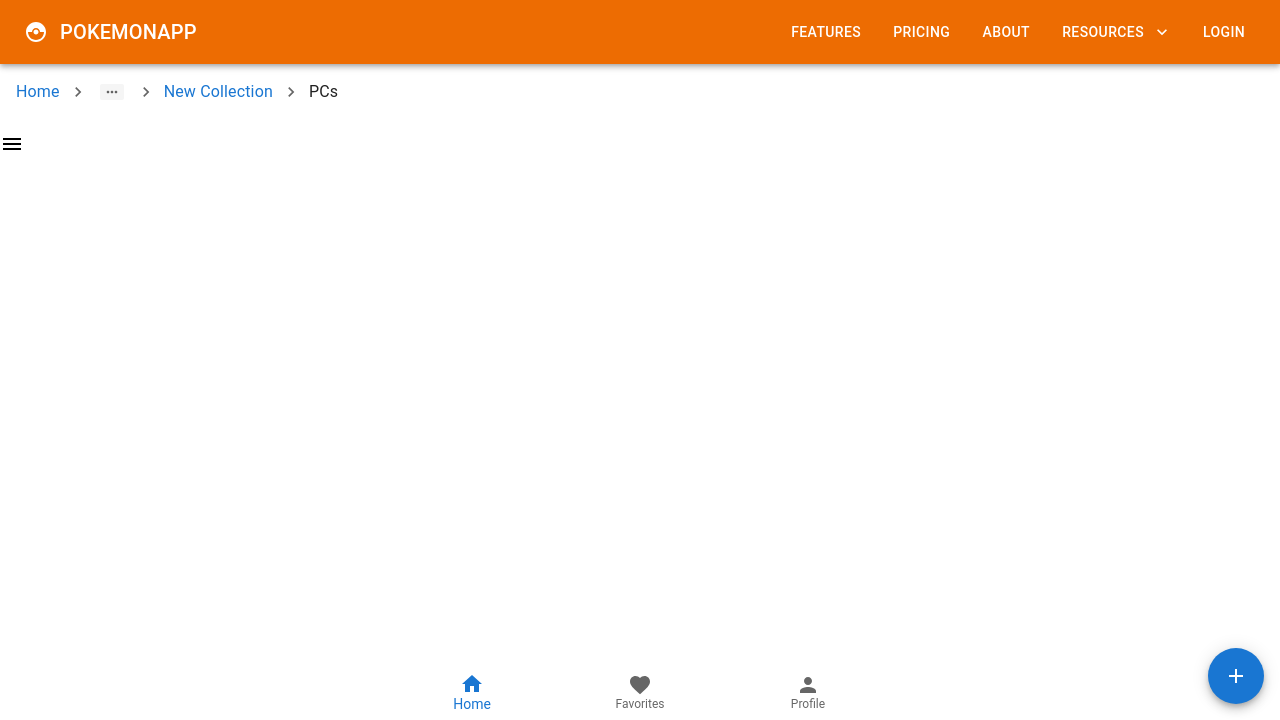
Repository: janidulnkg1/react-mui
Page: / (app in mui-demo/)
The author's editor kept a copy of each file at every save. The page is drawn from the files as they stood at one save, then again after a run of saves.
The browser window is 1280 px wide. The pictures show the whole page.
The project was rebuilt for these pictures with package versions that can differ from the ones it lists, and the page was loaded fresh each time.

Above is the page before, as saved 2023-11-13 11:29:02.

### mui-demo/public/index.html
<!DOCTYPE html>
<html lang="en">
  <head>
    <meta charset="utf-8" />
    <link rel="icon" href="%PUBLIC_URL%/favicon.ico" />
    <meta name="viewport" content="width=device-width, initial-scale=1" />
    <meta name="theme-color" content="#000000" />
    <meta
      name="description"
      content="Web site created using create-react-app"
    />
    <link rel="apple-touch-icon" href="%PUBLIC_URL%/logo192.png" />
    <!--
      manifest.json provides metadata used when your web app is installed on a
      user's mobile device or desktop. See https://developers.google.com/web/fundamentals/web-app-manifest/
    -->
    <link rel="manifest" href="%PUBLIC_URL%/manifest.json" />
    <!--
      Notice the use of %PUBLIC_URL% in the tags above.
      It will be replaced with the URL of the `public` folder during the build.
      Only files inside the `public` folder can be referenced from the HTML.

      Unlike "/favicon.ico" or "favicon.ico", "%PUBLIC_URL%/favicon.ico" will
      work correctly both with client-side routing and a non-root public URL.
      Learn how to configure a non-root public URL by running `npm run build`.
    -->
    <title>react-mui-ts-demo</title>
  </head>
  <body>
    <noscript>You need to enable JavaScript to run this app.</noscript>
    <div id="root"></div>
    <!--
      This HTML file is a template.
      If you open it directly in the browser, you will see an empty page.

      You can add webfonts, meta tags, or analytics to this file.
      The build step will place the bundled scripts into the <body> tag.

      To begin the development, run `npm start` or `yarn start`.
      To create a production bundle, use `npm run build` or `yarn build`.
    -->
  </body>
</html>

### mui-demo/src/App.tsx
import './App.css';
//import { MuiTypography } from './components/MuiTypography';
//import { MuiButton } from './components/MuiButton';
//import {MuiTextField } from './components/MuiTextField'
//import {MuiSelect } from './components/MuiSelect'
//import { MuiRadioButton } from './components/MuiRadioButton';
//import { MuiCheckbox } from './components/MuiCheckbox';
//import { MuiSwitch } from './components/MuiSwitch';
//import { MuiRating } from './components/MuiRating';
//import { MuiAutocomplete } from './components/MuiAutocomplete';
//import { MuiLayout } from './components/MuiLayout';
//import { MuiCard } from './components/MuiCard';
//import { MuiAccordion } from './components/MuiAccordion';
import { MuiImageList } from './components/MuiImageList';
import { MuiNavbar } from './components/MuiNavbar';
//import { MuiLink} from './components/MuiLink';
import { MuiBreadcrumbs } from './components/MuiBreadcrumbs';
import { MuiDrawer } from './components/MuiDrawer';
import { MuiSpeedDial } from './components/MuiSpeedDial';
import { MuiBottomNavigation } from './components/MuiBottomNavigation';




function App() {
  return (
    <div className="App">

      {/*MuiTypography */}
      {/*MuiButton */}
      {/*MuiTextField */}
      {/*MuiSelect */}
      {/*MuiRadioButton */}
      {/*MuiCheckbox*/}
      {/*MuiSwitch */}
      {/*MuiRating */}
      {/*MuiAutocomplete */}
      {/*MuiLayout */}
      {/*MuiCard */}
      {/*MuiAccordion */}
      {/*MuiImageList */}
      <MuiNavbar />
      {/*MuiLink */}
      <MuiBreadcrumbs />
      <MuiDrawer />
      <MuiSpeedDial />
      <MuiBottomNavigation />
    </div>
  );
}

export default App;

### mui-demo/src/App.css
body{
  /* background-color: #eeeeee; */
}

.App {
  /* padding: 4rem; */
}

.App-logo {
  height: 40vmin;
  pointer-events: none;
}

@media (prefers-reduced-motion: no-preference) {
  .App-logo {
    animation: App-logo-spin infinite 20s linear;
  }
}

.App-header {
  background-color: #282c34;
  min-height: 100vh;
  display: flex;
  flex-direction: column;
  align-items: center;
  justify-content: center;
  font-size: calc(10px + 2vmin);
  color: white;
}

.App-link {
  color: #61dafb;
}

@keyframes App-logo-spin {
  from {
    transform: rotate(0deg);
  }
  to {
    transform: rotate(360deg);
  }
}

### mui-demo/src/components/MuiNavbar.tsx
import {
    AppBar,
    Toolbar,
    IconButton,
    Typography,
    Button,
    Stack,
    Menu,
    MenuItem
  } from '@mui/material'
  import CatchingPokemonIcon from '@mui/icons-material/CatchingPokemon'
  import KeyboardArrowDownIcon from '@mui/icons-material/KeyboardArrowDown'
  import { useState } from 'react'

  export const MuiNavbar = () => {
    const [anchorEl, setAnchorEl] = useState<null | HTMLElement>(null)
    const open = Boolean(anchorEl)
    const handleClick = (event: React.MouseEvent<HTMLButtonElement>) => {
      setAnchorEl(event.currentTarget)
    }
    const handleClose = () => {
      setAnchorEl(null)
    }
    return (
      <AppBar position='static' color='warning' >
        <Toolbar>
          <IconButton size='large' edge='start' color='inherit' aria-label='logo'>
            <CatchingPokemonIcon />
          </IconButton>
          <Typography variant='h6' component='div' sx={{ flexGrow: 1 }}>
            POKEMONAPP
          </Typography>
          <Stack direction='row' spacing={2}>
            <Button color='inherit'>Features</Button>
            <Button color='inherit'>Pricing</Button>
            <Button color='inherit'>About</Button>
            <Button
              color='inherit'
              id='resources-button'
              aria-controls={open ? 'resources-menu' : undefined}
              aria-haspopup='true'
              aria-expanded={open ? 'true' : undefined}
              endIcon={<KeyboardArrowDownIcon />}
              onClick={handleClick}>
              Resources
            </Button>
            <Button color='inherit'>Login</Button>
          </Stack>
          <Menu
            id='resources-menu'
            anchorEl={anchorEl}
            open={open}
            onClose={handleClose}
            anchorOrigin={{
              vertical: 'bottom',
              horizontal: 'right'
            }}
            transformOrigin={{
              vertical: 'top',
              horizontal: 'right'
            }}
            MenuListProps={{
              'aria-labelledby': 'resources-button'
            }}>
            <MenuItem onClick={handleClose}>Blog</MenuItem>
            <MenuItem onClick={handleClose}>Podcast</MenuItem>
          </Menu>
        </Toolbar>
      </AppBar>
    )
  }

### mui-demo/src/components/MuiBreadcrumbs.tsx
import { Box, Breadcrumbs, Link, Typography } from '@mui/material'
import NavigateNextIcon from '@mui/icons-material/NavigateNext'

export const MuiBreadcrumbs = () => {
  return (
    <Box m={2}>
      <Breadcrumbs
        separator={<NavigateNextIcon fontSize='small' />}
        maxItems={3}
        itemsAfterCollapse={2}
        aria-label='breadcrumb'>
        <Link underline='hover' href='#'>
          Home
        </Link>
        <Link underline='hover' href='#'>
          Catalog
        </Link>
        <Link underline='hover' href='#'>
          Accessories
        </Link>
        <Link underline='hover' href='#'>
          New Collection
        </Link>
        <Typography color='text.primary'>PCs</Typography>
      </Breadcrumbs>
    </Box>
  )
}

### mui-demo/src/components/MuiDrawer.tsx
import { Drawer, Box, Typography, IconButton } from '@mui/material'
import { useState } from 'react'
import MenuIcon from '@mui/icons-material/Menu'

export const MuiDrawer = () => {
  const [isDrawerOpen, setIsDrawerOpen] = useState(false)

  return (
    <>
      <IconButton
        onClick={() => setIsDrawerOpen(true)}
        size='large'
        edge='start'
        color='inherit'
        aria-label='logo'>
        <MenuIcon />
      </IconButton>
      <Drawer
        anchor='left'
        open={isDrawerOpen}
        onClose={() => setIsDrawerOpen(false)}>
        <Box p={2} width='250px' role='presentation' textAlign='center'>
          <Typography variant='h6' component='div'>
            Side Panel
          </Typography>
        </Box>
      </Drawer>
    </>
  )
}

### mui-demo/src/components/MuiSpeedDial.tsx
import { SpeedDial, SpeedDialAction, SpeedDialIcon } from '@mui/material'
import CopyIcon from '@mui/icons-material/FileCopyOutlined'
import PrintIcon from '@mui/icons-material/Print'
import ShareIcon from '@mui/icons-material/Share'
import EditIcon from '@mui/icons-material/Edit'

export const MuiSpeedDial = () => {
  return (
    <SpeedDial
      ariaLabel='Navigation speed dial'
      sx={{ position: 'absolute', bottom: 16, right: 16 }}
      icon={<SpeedDialIcon openIcon={<EditIcon />} />}>
      <SpeedDialAction icon={<CopyIcon />} tooltipTitle='Copy' tooltipOpen />
      <SpeedDialAction icon={<PrintIcon />} tooltipTitle='Print' tooltipOpen />
      <SpeedDialAction icon={<ShareIcon />} tooltipTitle='Share' tooltipOpen />
    </SpeedDial>
  )
}

### mui-demo/src/components/MuiBottomNavigation.tsx
import { BottomNavigation, BottomNavigationAction } from '@mui/material'
import HomeIcon from '@mui/icons-material/Home'
import FavoriteIcon from '@mui/icons-material/Favorite'
import PersonIcon from '@mui/icons-material/Person'
import { useState } from 'react'

export const MuiBottomNavigation = () => {
  const [value, setValue] = useState(0)
  return (
    <BottomNavigation
      sx={{ width: '100%', position: 'absolute', bottom: 0 }}
      showLabels
      value={value}
      onChange={(event, newValue) => {
        setValue(newValue)
      }}>
      <BottomNavigationAction label='Home' icon={<HomeIcon />} />
      <BottomNavigationAction label='Favorites' icon={<FavoriteIcon />} />
      <BottomNavigationAction label='Profile' icon={<PersonIcon />} />
    </BottomNavigation>
  )
}

Loaded but not shown: mui-demo/src/index.tsx (common file); mui-demo/src/index.css (common file); mui-demo/src/reportWebVitals.ts (common file)

After the next 5 saves:
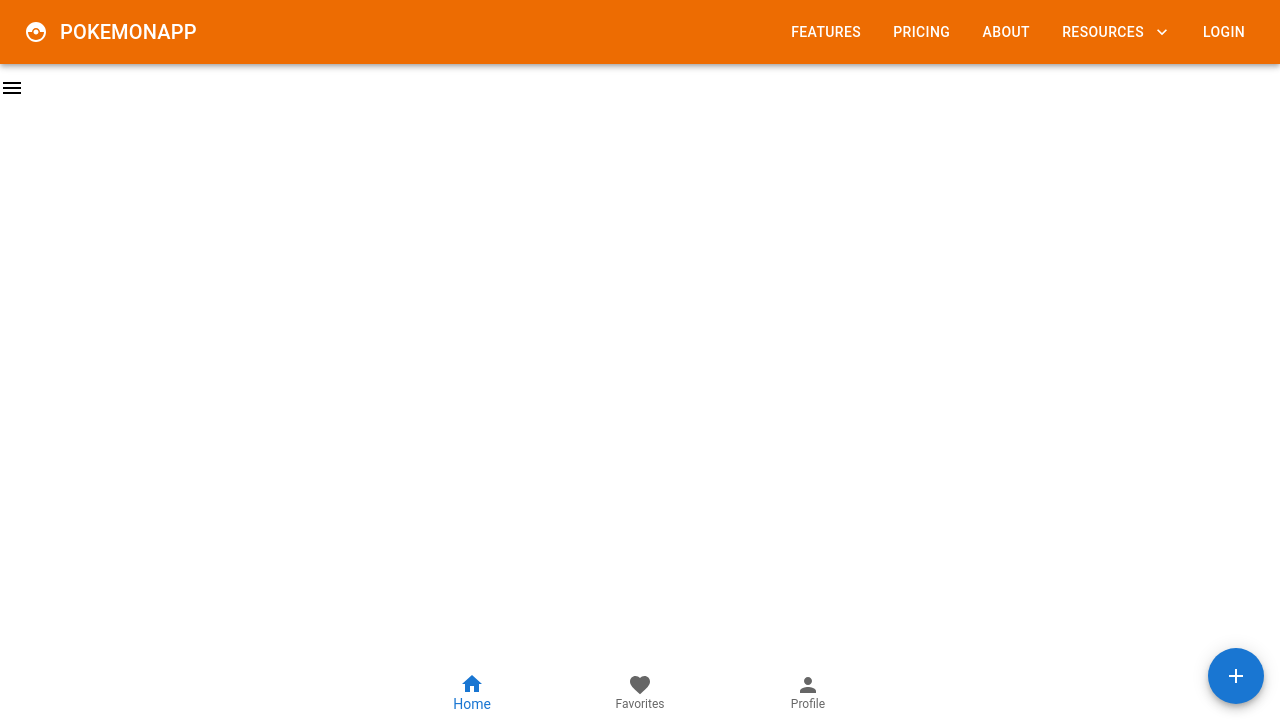
The 5 saves are shown as one change because 1 did not build or start and some came seconds apart.
The last was saved 17 s later.
--- a/mui-demo/src/App.tsx
+++ b/mui-demo/src/App.tsx
@@ -14,7 +14,7 @@ import './App.css';
 import { MuiImageList } from './components/MuiImageList';
 import { MuiNavbar } from './components/MuiNavbar';
 //import { MuiLink} from './components/MuiLink';
-import { MuiBreadcrumbs } from './components/MuiBreadcrumbs';
+//import { MuiBreadcrumbs } from './components/MuiBreadcrumbs';
 import { MuiDrawer } from './components/MuiDrawer';
 import { MuiSpeedDial } from './components/MuiSpeedDial';
 import { MuiBottomNavigation } from './components/MuiBottomNavigation';
@@ -41,7 +41,7 @@ function App() {
       {/*MuiImageList */}
       <MuiNavbar />
       {/*MuiLink */}
-      <MuiBreadcrumbs />
+      {/*MuiBreadcrumbs */}
       <MuiDrawer />
       <MuiSpeedDial />
       <MuiBottomNavigation />
